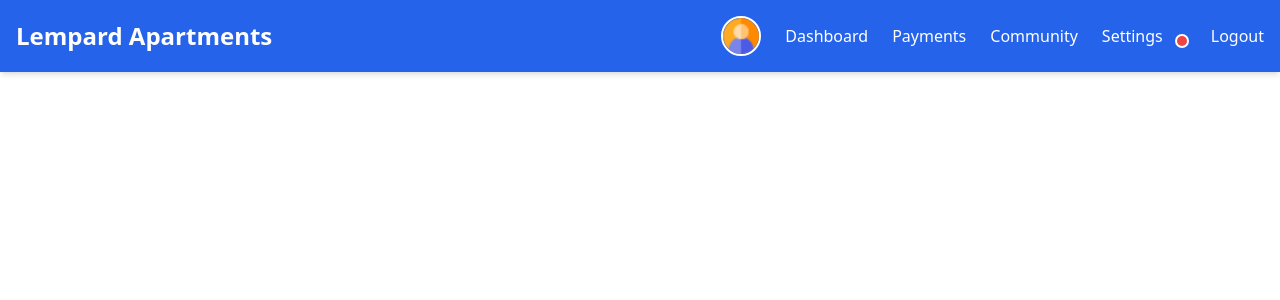
Repository: makanda596/system
Page: /home (app in client/)
An editor plug-in stored every save of this project. The page is shown before and after the next save, followed by the edit.
The browser window is 1280 px wide. The pictures show the whole page.
The project was rebuilt for these pictures with package versions that can differ from the ones it lists, and the page was loaded fresh each time. Also part of the build but not shown: client/src/SignUpForm.jsx, client/src/LoginForm.jsx. Imported but missing from the stored project, and not drawn on this page: client/src/reportWebVitals.

Above is the page before, as saved 2024-12-03 08:32:59.

After the next save:
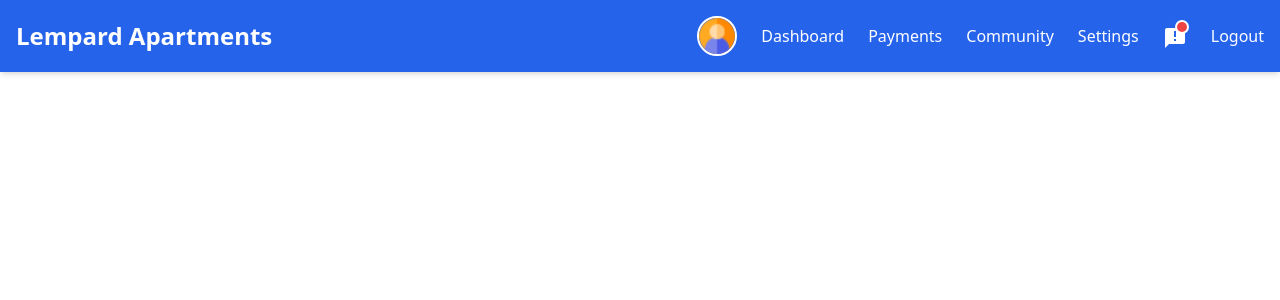
Saved 85 s later.
--- a/client/src/componets/Navbar.jsx
+++ b/client/src/componets/Navbar.jsx
@@ -1,6 +1,7 @@
 import React from 'react';
 import { Link } from 'react-router-dom';
 import avatar from '../assets/avatar.png'
+import AnnouncementIcon from '@mui/icons-material/Announcement';
 function Navbar() {
     const handleLogout = () => {
         // Logic for logging out (e.g., clearing session data, tokens, etc.)
@@ -39,7 +40,7 @@ function Navbar() {
                     {/* Alert Icon (Bell) */}
                     <div className="relative">
                         <span className="absolute top-0 right-0 inline-block w-2.5 h-2.5 bg-red-500 rounded-full ring-2 ring-white"></span>
-                        <i className="fas fa-bell text-white text-xl"></i>
+                        <i className="fas fa-bell text-white text-xl"><AnnouncementIcon /></i>
                     </div>
 
                     {/* Logout Button */}
